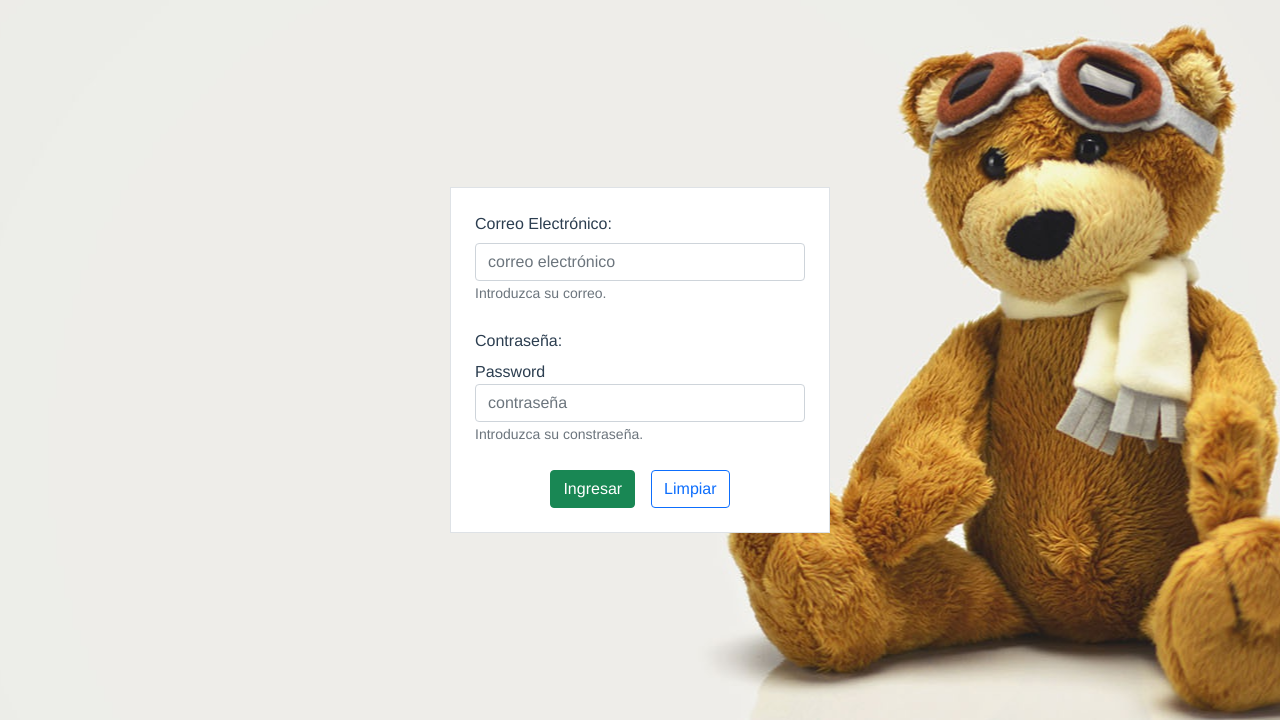
Repository: Darigo30/prueba-jugueteria
Page: /
The author's editor kept a copy of each file at every save. The page is drawn from the files as they stood at one save, then again after the next save.
The browser window is 1280 px wide. The pictures show the whole page.
Some web fonts or font styles are not loaded; a fallback is used. The project was rebuilt for these pictures with package versions that can differ from the ones it lists, and the page was loaded fresh each time. Also part of the build but not shown: src/components/Editar.vue, src/components/Tabla.vue, src/components/Agregar.vue, src/views/Home.vue.

Above is the page before, as saved 2021-05-30 21:22:25.

### public/index.html
<!DOCTYPE html>
<html lang="">
  <head>
    <meta charset="utf-8">
    <meta http-equiv="X-UA-Compatible" content="IE=edge">
    <meta name="viewport" content="width=device-width,initial-scale=1.0">
    <link rel="icon" href="<%= BASE_URL %>favicon.ico">
    <link rel="preconnect" href="https://fonts.gstatic.com">
    <link href="https://fonts.googleapis.com/css2?family=Londrina+Solid:wght@300;400;900&display=swap" rel="stylesheet">
    <title><%= htmlWebpackPlugin.options.title %></title>
  </head>
  <body>
    <noscript>
      <strong>We're sorry but <%= htmlWebpackPlugin.options.title %> doesn't work properly without JavaScript enabled. Please enable it to continue.</strong>
    </noscript>
    <div id="app"></div>
    <!-- built files will be auto injected -->
  </body>
</html>

### src/main.js
import Vue from "vue";
import App from "./App.vue";
import router from "./router";
import store from "./store";
import { BootstrapVue, IconsPlugin } from "bootstrap-vue";

import "bootstrap/dist/css/bootstrap.css";
import "bootstrap-vue/dist/bootstrap-vue.css";

Vue.use(BootstrapVue);
Vue.use(IconsPlugin);

Vue.config.productionTip = false;

import firebase from "firebase";
import { firebaseConfig } from "../firebase";

firebase.initializeApp(firebaseConfig);

router.beforeEach((to, from, next) => {
  const isAuthenticated = localStorage.getItem("login");

  if (to.name !== "Login" && isAuthenticated !== "logueado")
    next({ name: "Login" });
  else if (to.name === "Login" && isAuthenticated === "logueado")
    next({ name: "Home" });
  else next();
});

new Vue({
  router,
  store,
  render: (h) => h(App),
}).$mount("#app");

### src/App.vue
<template>
  <div id="app">
    <router-view />
  </div>
</template>

<script>
import { mapActions } from "vuex";

export default {
  name: "App",
  methods: {
    ...mapActions(["getProductos"]),
  },
  created() {
    this.getProductos();
  },
};
</script>

<style lang="scss">
#app {
  font-family: Avenir, Helvetica, Arial, sans-serif;
  -webkit-font-smoothing: antialiased;
  -moz-osx-font-smoothing: grayscale;
  text-align: center;
  color: #2c3e50;
}

#nav {
  padding: 30px;

  a {
    font-weight: bold;
    color: #2c3e50;

    &.router-link-exact-active {
      color: #42b983;
    }
  }
}
</style>

### src/router/index.js
import Vue from "vue";
import VueRouter from "vue-router";
import Home from "../views/Home.vue";

Vue.use(VueRouter);

const routes = [
  {
    path: "/",
    name: "Home",
    component: Home,
  },
  {
    path: "/about",
    name: "About",
    // route level code-splitting
    // this generates a separate chunk (about.[hash].js) for this route
    // which is lazy-loaded when the route is visited.
    component: () =>
      import(/* webpackChunkName: "about" */ "../views/About.vue"),
  },
  {
    path: "/login",
    name: "Login",
    component: () =>
      import(/* webpackChunkName: "login" */ "../views/Login.vue"),
  },
];


const router = new VueRouter({
  mode: "history",
  base: process.env.BASE_URL,
  routes,
});

export default router;

### src/store/index.js
import Vue from "vue";
import Vuex from "vuex";
import firebase from "firebase";
import router from "@/router"

Vue.use(Vuex);

export default new Vuex.Store({
  state: {
    productos: [],
    titulos: [
      {
        label: "Código",
        key: "codigo",
      },
      {
        label: "Producto",
        key: "nombre",
      },
      {
        label: "Stock",
        key: "stock",
      },
      {
        label: "Precio",
        key: "precio",
      },
      {
        key: "actions",
        label: "Acciones",
      },
    ],
    editar: false,
    jugueteEditar: {
      nombre: "",
      precio: "",
      codigo: "",
      id: "",
      stock: "",
    },
  },
  mutations: {
    guardarProductos(state, payload) {
      const juguete = payload;
      if (!juguete) return;
      state.productos.push(juguete);
    },
    borrarProducto(state, payload) {
      const juguete = payload;
      if (!juguete) return;
      let borradoFila = state.productos.filter(juguetex => juguetex.codigo != payload.codigo );
      state.productos = borradoFila;
      console.log(borradoFila);
    },
    booleanEditar(state) {
      state.editar = true;
    },
    editarJuguete(state, payload) {
      const juguete = payload;
      state.jugueteEditar = juguete;
    },
    agregarJugueteAlState(state, payload) {
      const existeJuguete = state.productos.find((juguetito) => juguetito.codigo === payload.codigo);
       // Si no existe ingresar a la base de datos.
       if (!existeJuguete) state.productos.push(payload);
    }
  },
  actions: {
    async getProductos({ commit }) {
      const db = firebase.firestore();
      try {
        const req = await db.collection("juguetes").get();
        if (req) {
          req.docs.forEach((juguete) => {
            const obj = juguete.data();
            const id = juguete.id;
            obj.id = id;
            commit("guardarProductos", obj);
          });
        }
      } catch (error) {
        console.log(error);
      }
    },
    async deleteProducto({ commit }, payload) {
      const juguete = payload;
      if (!juguete) return;
      const idFirebase = juguete.id;

      // Eliminar desde Firebase
      try {
        const db = firebase.firestore();
        const req = await db.collection("juguetes").doc(idFirebase).delete();
        console.log(req);
      } catch (error) {
        console.log(error);
      }

      // Eliminar desde Vuex
      commit("borrarProducto", juguete);
    },
    //actualizar tabla juguetes
    async updateProducto({ commit }, payload) {
      const juguete = payload;
      if (!juguete) return;
      const idFirebase = juguete.id;

      // Firebase
      try {
        const req = await firebase.firestore().collection("juguetes").doc(idFirebase).update({
            codigo: juguete.codigo,
            stock: juguete.stock,
            nombre: juguete.nombre,
            precio: juguete.precio
          });
        console.log(req);
      } catch (error) {
        console.log(error);
      }
      // Vuex
      commit();
    },
    //Agrego nuevo producto
    async crearNuevoProducto({ commit }, payload) {
      const nuevo = payload;
      if (!nuevo) return;
     // Actualizar el state
      commit("agregarJugueteAlState", nuevo);
      await firebase.firestore().collection("juguetes").add(nuevo);
    },
    cerrar(){
      localStorage.removeItem("login")
      firebase.auth().signOut()
      .then(() => {
          router.push('/login')
          .catch(error => {
            console.info(error)
         });
      });
  }
  },
  modules: {},
});

### firebase.js
// import firebase from "firebase";

const firebaseConfig = {
  apiKey: "AIzaSyDvwglZwsMT4GnbYgCJ6nH0Bmr47wSCZrA",
  authDomain: "bd-dari.firebaseapp.com",
  projectId: "bd-dari",
  storageBucket: "bd-dari.appspot.com",
  messagingSenderId: "200953098330",
  appId: "1:200953098330:web:2519dca58d3ee2c2336863",
  measurementId: "G-12NBXGDB2J"
};
export { firebaseConfig };

### src/views/Login.vue
<template>
<div class="bg">
   <b-container>
    <b-row style="height: 100vh">
      <b-col class="m-auto border p-4 fo" cols="12" md="4">
        <b-form-group
          label="Correo Electrónico:"
          description="Introduzca su correo."
          class="text-start mb-4"
        >
          <b-form-input
            v-model="form.email"
            type="email"
            placeholder="correo electrónico"
          ></b-form-input>
        </b-form-group>

        <b-form-group
          label="Contraseña:"
          description="Introduzca su constraseña."
          class="text-start mb-4"
        >
          <label>Password</label>
          <b-form-input
            v-model="form.pass"
            type="password"
            placeholder="contraseña"
          ></b-form-input>
        </b-form-group>

        <b-button @click="login" variant="success" class="me-3"
          >Ingresar</b-button
        >
        <b-button @click="limpiar" variant="outline-primary">Limpiar</b-button>
      </b-col>
    </b-row>
  </b-container>
</div>

</template>

<script>
import firebase from "firebase";

export default {
  name: "Login",
  data() {
    return {
      form: {
        email: "",
        pass: "",
      },
    };
  },
  methods: {
    async login() {
      try {
        if (!this.form && !this.form.email && !this.form.pass) return;
        const req = await firebase
          .auth()
          .signInWithEmailAndPassword(this.form.email, this.form.pass);
        console.log(req);
        // if (req && req != null) this.$router.push("/");

        if (req && req != null) {
          localStorage.setItem("login", "logueado");
          this.$router.push("/");
        }
      } catch (error) {
        const errorCode = error.code;
        const errorMessage = error.message;
        console.log("Código de Error", errorCode);
        console.log("Mensaje de Error", errorMessage);
      }
    },
    limpiar() {
      if (!this.form) return;
      this.form.email = "";
      this.form.pass = "";
    },
  },
};
</script>
<style scoped>
    .bg{
      background-image: url('../assets/osito.jpg');
      background-position: center;
      background-repeat: no-repeat;
  }
  .fo{
    background: #fff;
  }
</style>

After the next save:
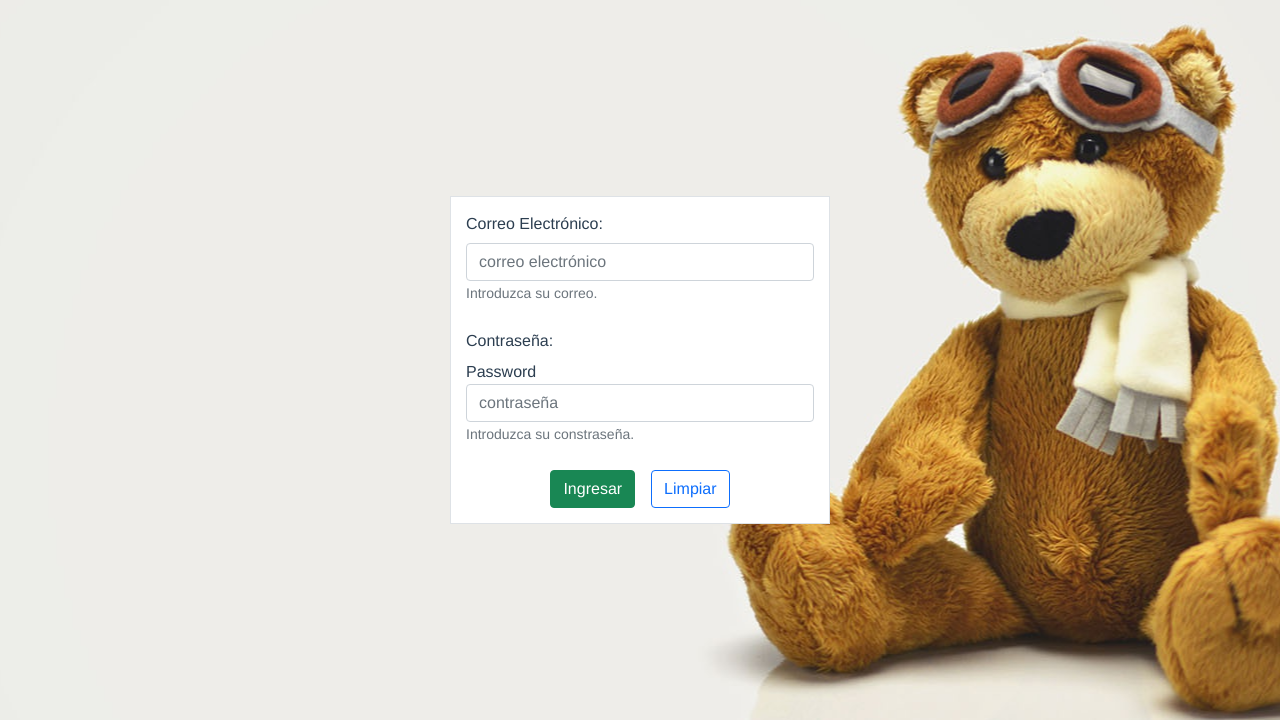
Saved 37 s later.
--- a/src/views/Login.vue
+++ b/src/views/Login.vue
@@ -2,7 +2,7 @@
 <div class="bg">
    <b-container>
     <b-row style="height: 100vh">
-      <b-col class="m-auto border p-4 fo" cols="12" md="4">
+      <b-col class="m-auto border fo" cols="12" md="4">
         <b-form-group
           label="Correo Electrónico:"
           description="Introduzca su correo."
@@ -89,5 +89,7 @@ export default {
   }
   .fo{
     background: #fff;
+    padding: 15px;
+
   }
 </style>
